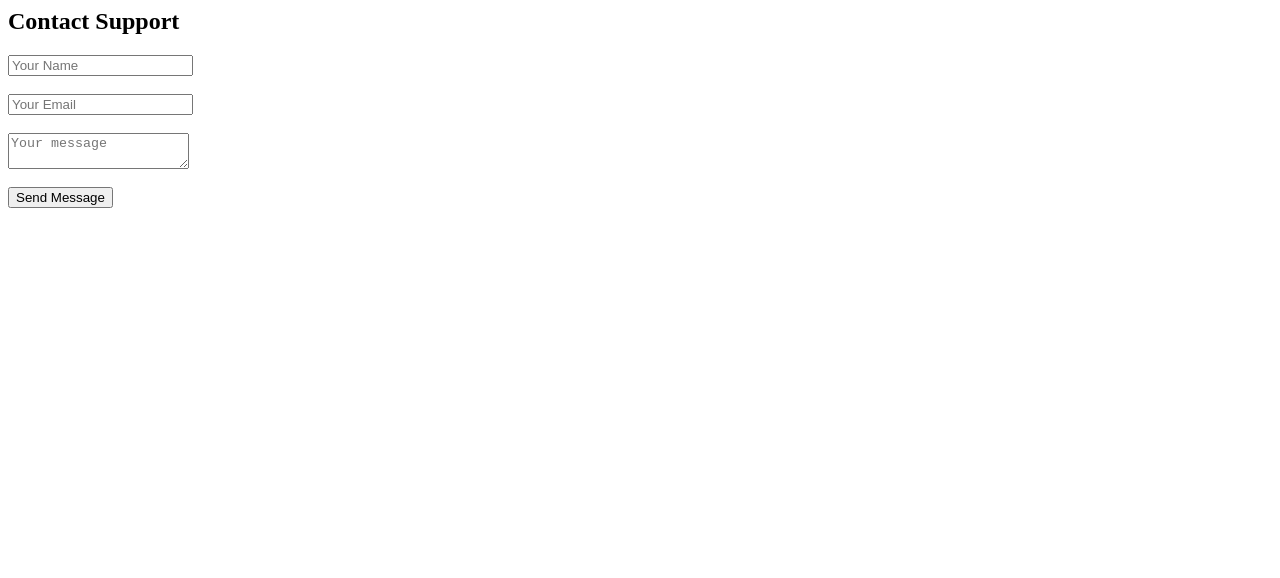
Repository: Kanika0004/CampusStore
Page: contact.html
The author's editor kept a copy of each file at every save. The page is drawn from the files as they stood at one save, then again after the next save.
The browser window is 1280 px wide. The pictures show the whole page.

Above is the page before, as saved 2026-03-14 00:01:19.

After the next save:
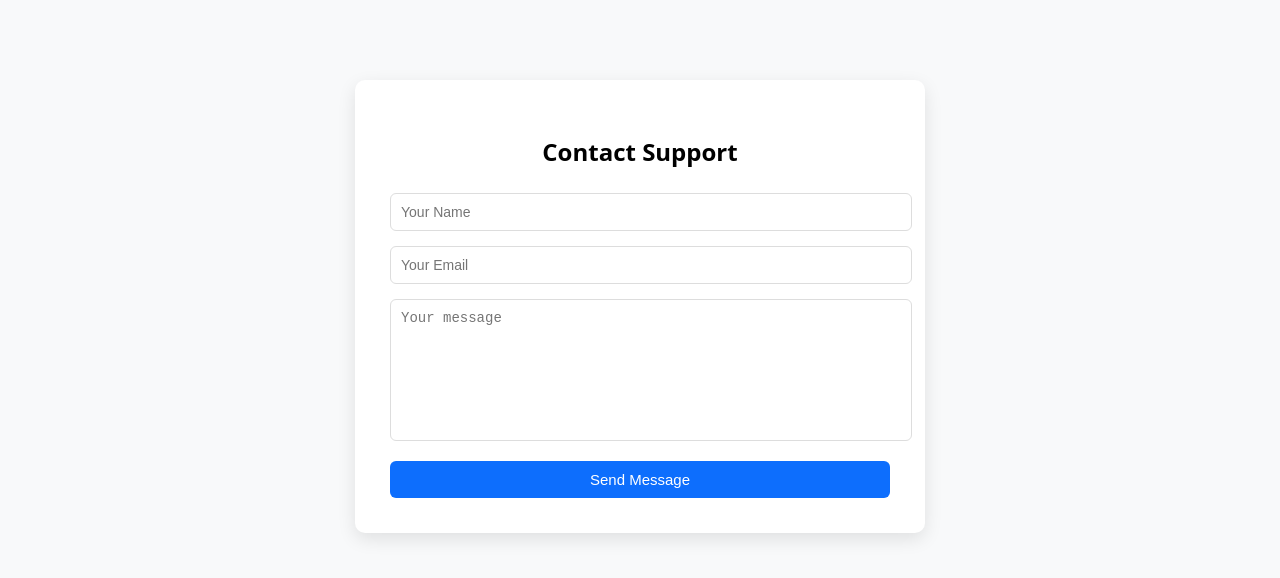
Saved 69 s later.
--- a/contact.html
+++ b/contact.html
@@ -1,11 +1,80 @@
+<!DOCTYPE html>
+<html>
+<head>
+<title>Contact Support</title>
+
+<style>
+
+body{
+font-family: system-ui, -apple-system, "Segoe UI", Roboto, sans-serif;
+background:#f8f9fa;
+margin:0;
+padding:0;
+}
+
+/* Center the form */
+.contact-wrapper{
+max-width:500px;
+margin:80px auto;
+background:white;
+padding:35px;
+border-radius:10px;
+box-shadow:0 6px 18px rgba(0,0,0,0.1);
+}
+
+h2{
+text-align:center;
+margin-bottom:25px;
+font-weight:700;
+}
+
+input, textarea{
+width:100%;
+padding:10px;
+border:1px solid #ddd;
+border-radius:6px;
+margin-bottom:15px;
+font-size:14px;
+}
+
+textarea{
+min-height:120px;
+resize:none;
+}
+
+button{
+width:100%;
+background:#0d6efd;
+color:white;
+border:none;
+padding:10px;
+border-radius:6px;
+font-size:15px;
+cursor:pointer;
+}
+
+button:hover{
+background:#0b5ed7;
+}
+
+</style>
+
+</head>
+
+<body>
+
+<div class="contact-wrapper">
+
 <h2>Contact Support</h2>
 
-<input id="name" placeholder="Your Name"><br><br>
-<input id="email" placeholder="Your Email"><br><br>
+<input id="name" placeholder="Your Name">
+<input id="email" placeholder="Your Email">
 
-<textarea id="message" placeholder="Your message"></textarea><br><br>
+<textarea id="message" placeholder="Your message"></textarea>
 
 <button onclick="sendEnquiry()">Send Message</button>
+
+</div>
 
 <script>
 
@@ -39,3 +108,6 @@ alert("Message sent!")
 }
 
 </script>
+
+</body>
+</html>
